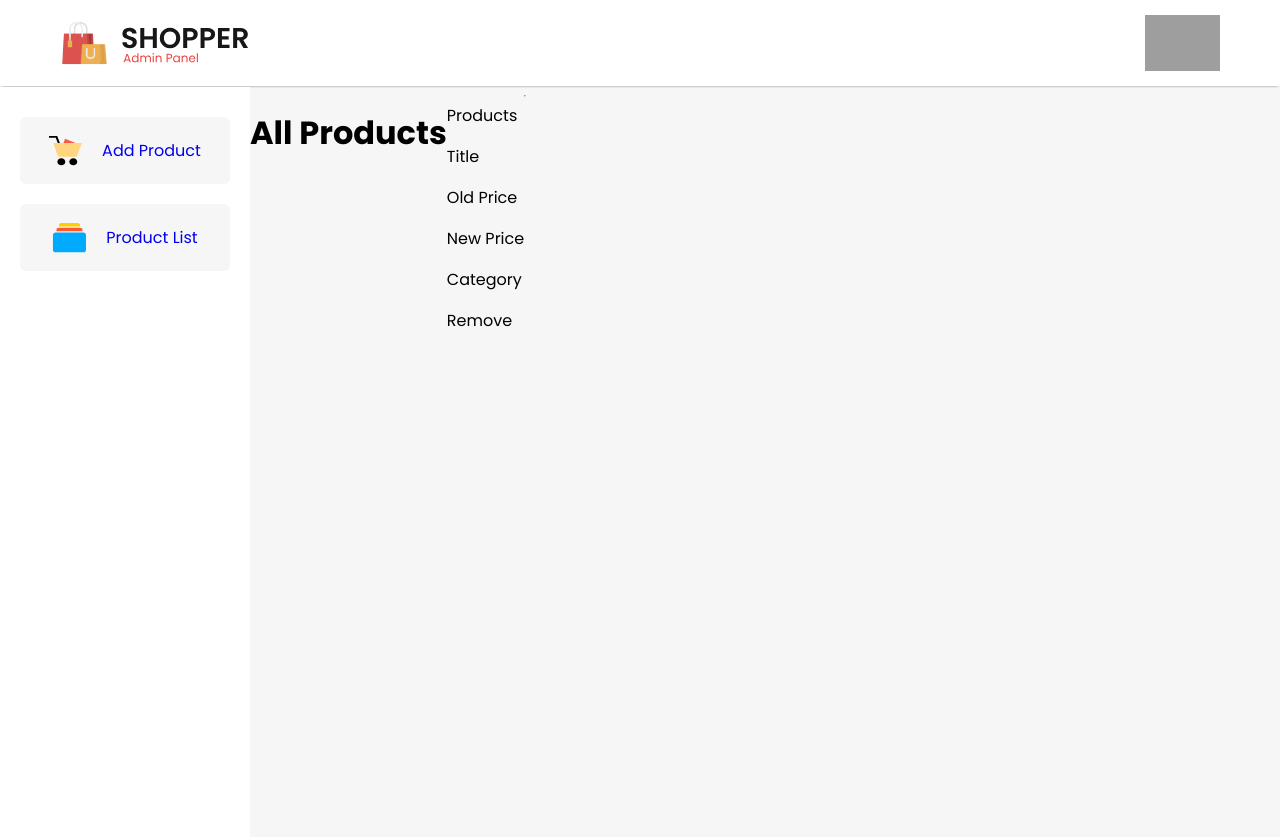
Repository: AiTrinh303/Simple-Shop
Page: /listproduct (app in admin/)
An editor plug-in stored every save of this project. The page is shown before and after the next save, followed by the edit.
The browser window is 1280 px wide. The pictures show the whole page.
Pictures or frames that could not be fetched are drawn as grey boxes. The page's requests for data from a server got no answer. The project was rebuilt for these pictures with package versions that can differ from the ones it lists, and the page was loaded fresh each time. No one was signed in, and anything a server would have sent is missing. Also part of the build but not shown: admin/vite.config.js, admin/src/Components/AddProduct/AddProduct.css, admin/src/Components/AddProduct/AddProduct.jsx.

Above is the page before, as saved 2024-07-05 22:18:25.

### admin/index.html
<!doctype html>
<html lang="en">
  <head>
    <meta charset="UTF-8" />
    <link rel="icon" type="image/svg+xml" href="/vite.svg" />
    <meta name="viewport" content="width=device-width, initial-scale=1.0" />
    <link rel="preconnect" href="https://fonts.googleapis.com">
    <link rel="preconnect" href="https://fonts.gstatic.com" crossorigin>
    <link href="https://fonts.googleapis.com/css2?family=Poppins:ital,wght@0,100;0,200;0,300;0,400;0,500;0,600;0,700;0,800;0,900;1,100;1,200;1,300;1,400;1,500;1,600;1,700;1,800;1,900&display=swap" rel="stylesheet">
    <title>Admin Page</title>
  </head>
  <body>
    <div id="root"></div>
    <script type="module" src="/src/main.jsx"></script>
  </body>
</html>

### admin/src/main.jsx
import React from 'react'
import ReactDOM from 'react-dom/client'
import App from './App.jsx'
import './index.css'
import {BrowserRouter as Router} from 'react-router-dom'

ReactDOM.createRoot(document.getElementById('root')).render(
  <React.StrictMode>
    <Router>
        <App />
    </Router>
  </React.StrictMode>,
)

### admin/src/App.jsx
import Navbar from "./Components/Navbar/Navbar"
import Admin from "./Pages/Admin/Admin"



function App() {


  return (
    <div>
      <Navbar />
      <Admin />
    </div>
  )
}

export default App

### admin/src/index.css
body{
  margin: 0;
  font-family: 'Poppins';
  background-color: #f6f6f6;
  height: 100vh;
}

### admin/src/Components/Navbar/Navbar.jsx

import './Navbar.css'
import navlogo from '../../assets/nav-logo.svg'
import navProfile from '../../assets/nav-profile.svg'

const Navbar = () => {
  return (
    <div className='navbar'>
      <img src={navlogo} alt="logo" className="nav-logo" />
      <img src={navProfile} alt="" className="nav-profile"/>
    </div>
  )
}

export default Navbar

### admin/src/Pages/Admin/Admin.jsx

import './Admin.css'
import Sidebar from '../../Components/Sidebar/Sidebar'
import {Routes, Route} from 'react-router-dom'
import AddProduct from '../../Components/AddProduct/AddProduct'
import ListProduct from '../../Components/ListProduct/ListProduct'

const Admin = () => {
  return (
    <div className='admin'>
      <Sidebar />
      <Routes>
        <Route path='/addproduct' element={<AddProduct />} />
        <Route path='/listproduct' element={<ListProduct />} />
      </Routes>
    </div>
  )
}

export default Admin

### admin/src/Components/Navbar/Navbar.css
.navbar{
    display: flex;
    align-items: center;
    justify-content: space-between;
    padding: 15px 60px;
    box-shadow: 0 1px 3px -2px #000;
    margin-bottom: 1px;
    background: white;

}
.nav-logo {
    width:200px;
}

.nav-profile{
    width: 75px;
}

@media(max-width: 800px){
    .navbar{
        padding: 15px 30px;
    }
    .nav-logo {
        width:150px;
    }
    .nav-profile{
        width: 60px;
    }
}

### admin/src/Pages/Admin/Admin.css
.admin {
    display: flex;
}

@media (max-width: 800px) {
    .admin {
        flex-direction: column;
    }
}

### admin/src/Components/Sidebar/Sidebar.jsx

import './Sidebar.css'
import { Link } from 'react-router-dom'
import add_product_icon from '../../assets/Product_Cart.svg'
import list_product_icon from '../../assets/Product_list_icon.svg'

const Sidebar = () => {
  return (
    <div className='sidebar'>
      <Link to={'/addproduct'} style = {{textDecoration: "none"}}>
        <div className='sidebarItem'>
            <img src={add_product_icon} alt="" />
            <p>Add Product</p>
        </div>
      </Link>

      <Link to={'/listproduct'} style = {{textDecoration: "none"}}>
        <div className='sidebarItem'>
            <img src={list_product_icon} alt="" />
            <p>Product List</p>
        </div>
      </Link>
    </div>
  )
}

export default Sidebar

### admin/src/Components/ListProduct/ListProduct.jsx
import React, {useEffect, useState} from 'react'
import './ListProduct.css'
import cross_icon from '../../assets/cross_icon.png'

const ListProduct = () => {

  const [allproducts, setAllProducts] = useState([])

  const fetchInfo = async () => {
    await fetch('http://localhost:4000/allproducts')
    .then(response => response.json())
    .then(data => {setAllProducts(data)})
  }

  useEffect(() => {
    fetchInfo()
  }, [])

  return (
    <div className='list-product'>
      <h1>All Products</h1>
      <div className="listproduct-format-main">
        <p>Products</p>
        <p>Title</p>
        <p>Old Price</p>
        <p>New Price</p>
        <p>Category</p>
        <p>Remove</p>
      </div>
      <div className="listproduct-allproducts">
        <hr />
        {allproducts.map((product, index) => {
          return (
            <div className="listproduct-format-main listproduct-format" key={index}>
              <img src={product.image} alt="product" />
              <p>{product.name}</p>
              <p>${product.old_price}</p>
              <p>${product.new_price}</p>
              <p>{product.category}</p>
              <img className='listproduct-remove-icon' src={cross_icon} alt="cross" />
            </div>
          )
        })}
      </div>
    </div>
  )
}

export default ListProduct

### admin/src/Components/Sidebar/Sidebar.css
.sidebar{
    display: flex;
    flex-direction: column;
    padding-top: 30px;
    gap: 20px;
    width: 100%;
    max-width: 250px;
    height: 100vh;
    background: white;
}

.sidebarItem{
    display: flex;
    align-items: center;
    justify-content: center;
    margin: 0 20px;
    padding: 5px 10px;
    border-radius: 6px;
    cursor: pointer;
    background: #f6f6f6;
    gap: 20px;
}

@media(max-width: 800px){
    .sidebar{
        padding: 30px 0px;
        flex-direction: row;
        width: 100%;
        height: auto;
        max-width: none;
        justify-content: center;
    }
    .sidebarItem{
        margin: 0;
    }
}

### admin/src/Components/ListProduct/ListProduct.css
.list-product {
    display: flex;
    flex-direction
}

After the next save:
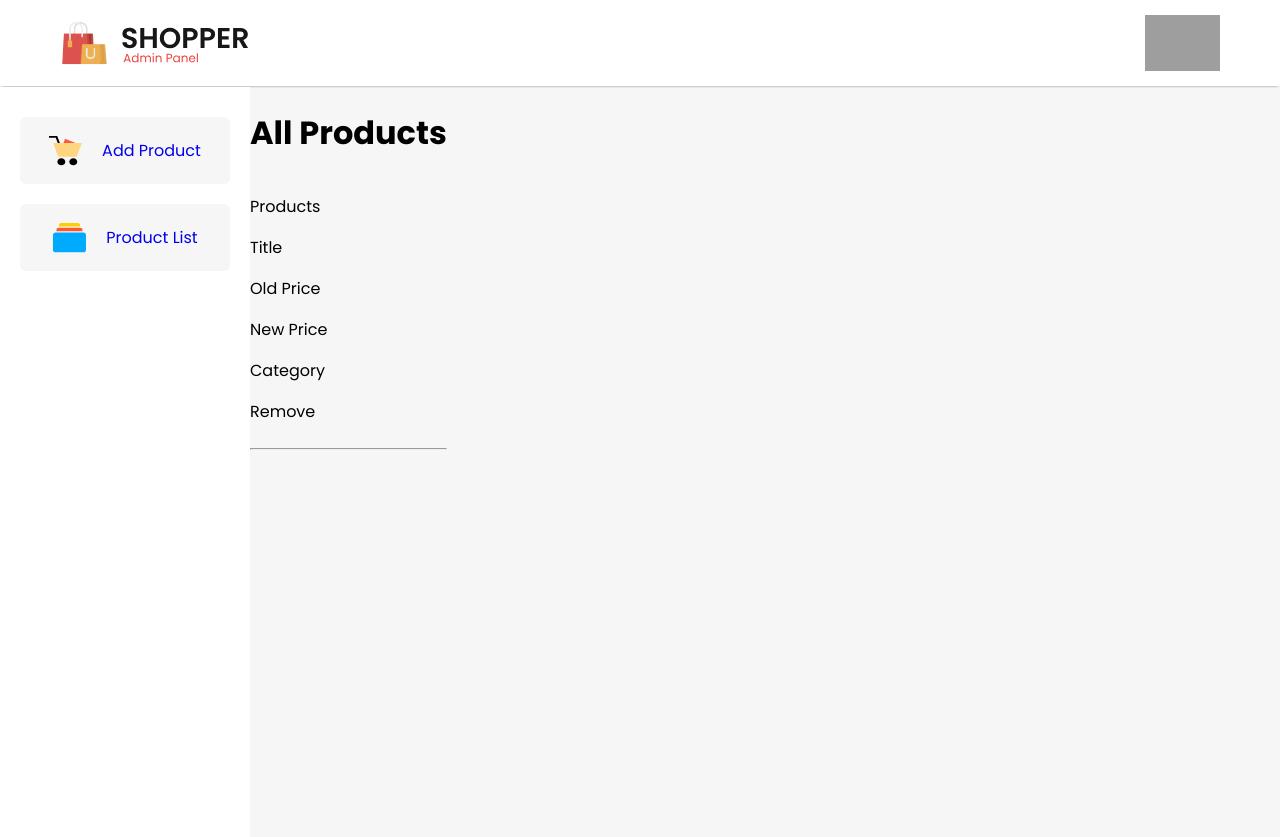
Saved 4 s later.
--- a/admin/src/Components/ListProduct/ListProduct.css
+++ b/admin/src/Components/ListProduct/ListProduct.css
@@ -1,4 +1,4 @@
 .list-product {
     display: flex;
-    flex-direction
+    flex-direction: column
 }
